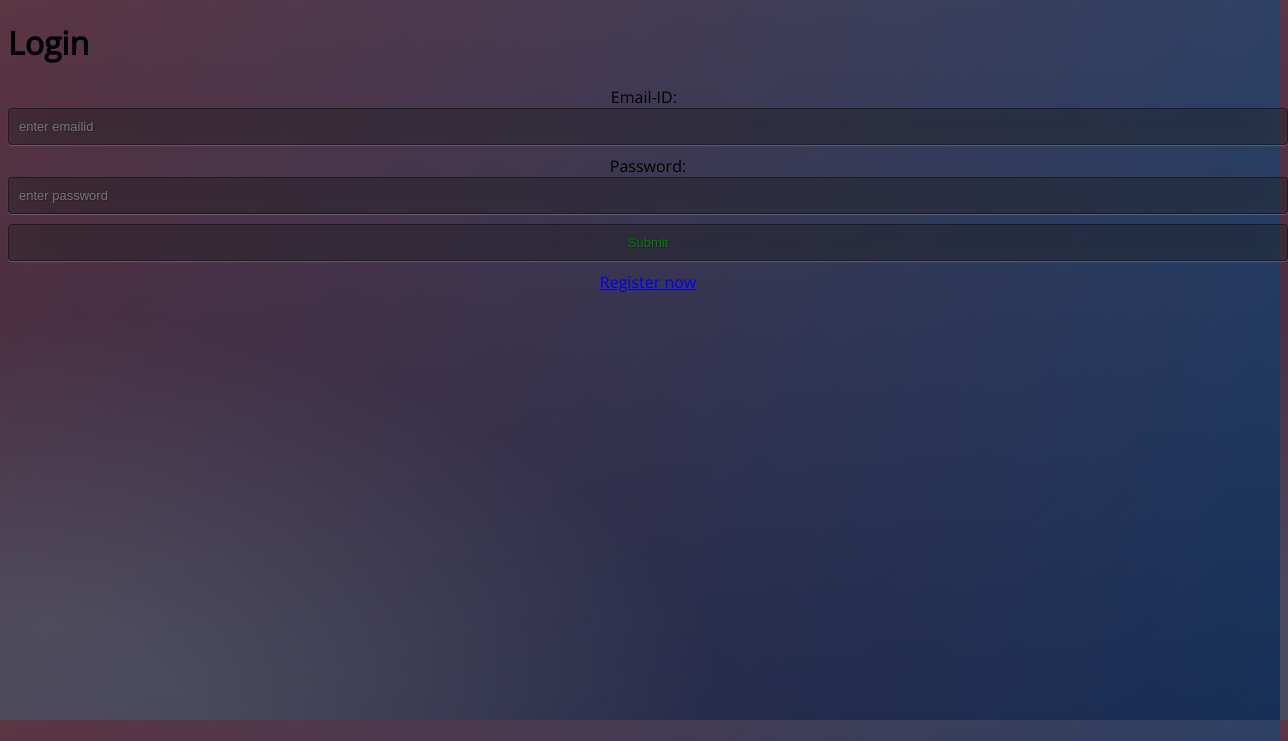
Repository: Tharungandhi/ServeltProject
Page: ServletJDBCApp/WebContent/login.html
An editor plug-in stored every save of this project. The page is shown before and after the next save, followed by the edit.
The browser window is 1280 px wide. The page is 1288 px wide, then 1280 px, so the pictures cover 1288 px, including what lies to the right of the window. The pictures show the whole page.

Above is the page before, as saved 2019-01-29 11:17:03.

After the next save:
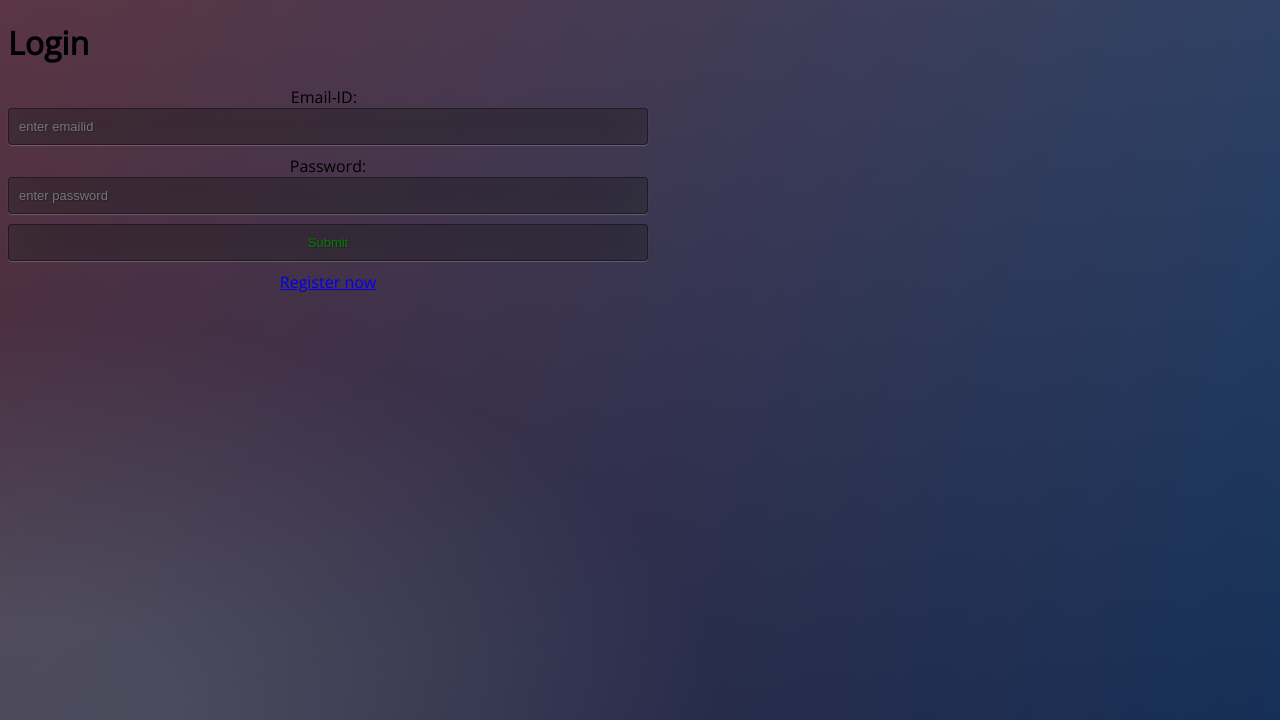
Saved 11 s later.
--- a/ServletJDBCApp/WebContent/login.html
+++ b/ServletJDBCApp/WebContent/login.html
@@ -18,8 +18,8 @@
 html { width: 100%; height:100%; overflow:hidden; }
 
 body {
-    width: 100%;
-    height:100%;
+    width: 50%;
+    height:50%;
     font-family: 'Open Sans', sans-serif;
     background: #092756;
     background: -moz-radial-gradient(0% 100%, ellipse cover, rgba(104,128,138,.4) 10%,rgba(138,114,76,0) 40%),-moz-linear-gradient(top,  rgba(57,173,219,.25) 0%, rgba(42,60,87,.4) 100%), -moz-linear-gradient(-45deg,  #670d10 0%, #092756 100%);
